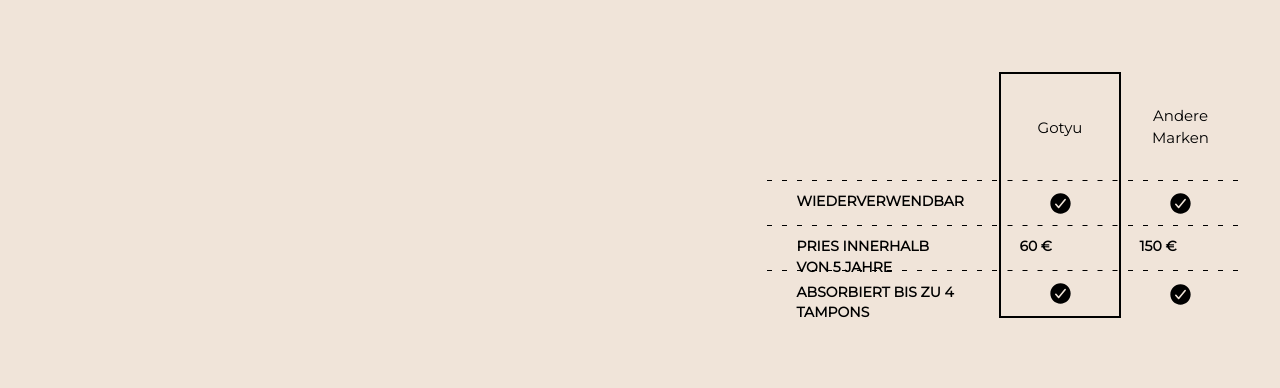
Repository: darlino/gotyu_shopify_section
Page: gotyu_table210223/index.html
These files come from the project's save history. The page is drawn as it stood at one moment and after the next save; the edit follows.
The browser window is 1280 px wide. The pictures show the whole page.

Above is the page before, as saved 2023-02-21 16:17:12.

### gotyu_table210223/index.html
<!DOCTYPE html>
<html lang="en">
  <head>
    <meta charset="UTF-8" />
    <meta http-equiv="X-UA-Compatible" content="IE=edge" />
    <meta name="viewport" content="width=device-width, initial-scale=1.0" />
    <title>Document</title>
    <link rel="stylesheet" href="style.css" />
    <link rel="preconnect" href="https://fonts.googleapis.com" />
    <link rel="preconnect" href="https://fonts.gstatic.com" crossorigin />
    <link
      href="https://fonts.googleapis.com/css2?family=Montserrat&display=swap"
      rel="stylesheet"
    />
  </head>
  <body>
    <section id="table210223">
      <div class="container">
        <table>
          <colgroup></colgroup>
          <colgroup></colgroup>
          <colgroup></colgroup>

          <thead>
            <tr>
              <th>&nbsp;</th>
              <th>
                <h2>Gotyu</h2>
              </th>
              <th>
                <h2>Andere Marken</h2>
              </th>
            </tr>
          </thead>

          <tbody>
            <tr>
              <td>
                <div class="text-wrapper">WIEDERVERWENDBAR</div>
              </td>
              <td>
                <div class="icon-wrapper">
                  <svg
                    xmlns="http://www.w3.org/2000/svg"
                    class="ionicon"
                    viewBox="0 0 512 512"
                  >
                    <title>Checkmark Circle</title>
                    <path
                      d="M256 48C141.31 48 48 141.31 48 256s93.31 208 208 208 208-93.31 208-208S370.69 48 256 48zm108.25 138.29l-134.4 160a16 16 0 01-12 5.71h-.27a16 16 0 01-11.89-5.3l-57.6-64a16 16 0 1123.78-21.4l45.29 50.32 122.59-145.91a16 16 0 0124.5 20.58z"
                    />
                  </svg>
                </div>
              </td>
              <td>
                <div class="icon-wrapper">
                  <svg
                    xmlns="http://www.w3.org/2000/svg"
                    class="ionicon"
                    viewBox="0 0 512 512"
                  >
                    <title>Checkmark Circle</title>
                    <path
                      d="M256 48C141.31 48 48 141.31 48 256s93.31 208 208 208 208-93.31 208-208S370.69 48 256 48zm108.25 138.29l-134.4 160a16 16 0 01-12 5.71h-.27a16 16 0 01-11.89-5.3l-57.6-64a16 16 0 1123.78-21.4l45.29 50.32 122.59-145.91a16 16 0 0124.5 20.58z"
                    />
                  </svg>
                </div>
              </td>
            </tr>
            <tr>
              <td>
                <div class="text-wrapper">PRIES INNERHALB VON 5 JAHRE</div>
              </td>
              <td>
                <div class="text-wrapper num">60 &euro;</div>
              </td>
              <td>
                <div class="text-wrapper num">150 &euro;</div>
              </td>
            </tr>
            <tr>
              <td>
                <div class="text-wrapper">ABSORBIERT BIS ZU 4 TAMPONS</div>
              </td>
              <td>
                <div class="icon-wrapper">
                  <svg
                    xmlns="http://www.w3.org/2000/svg"
                    class="ionicon"
                    viewBox="0 0 512 512"
                  >
                    <title>Checkmark Circle</title>
                    <path
                      d="M256 48C141.31 48 48 141.31 48 256s93.31 208 208 208 208-93.31 208-208S370.69 48 256 48zm108.25 138.29l-134.4 160a16 16 0 01-12 5.71h-.27a16 16 0 01-11.89-5.3l-57.6-64a16 16 0 1123.78-21.4l45.29 50.32 122.59-145.91a16 16 0 0124.5 20.58z"
                    />
                  </svg>
                </div>
              </td>
              <td>
                <div class="icon-wrapper">
                  <svg
                    xmlns="http://www.w3.org/2000/svg"
                    class="ionicon"
                    viewBox="0 0 512 512"
                  >
                    <title>Checkmark Circle</title>
                    <path
                      d="M256 48C141.31 48 48 141.31 48 256s93.31 208 208 208 208-93.31 208-208S370.69 48 256 48zm108.25 138.29l-134.4 160a16 16 0 01-12 5.71h-.27a16 16 0 01-11.89-5.3l-57.6-64a16 16 0 1123.78-21.4l45.29 50.32 122.59-145.91a16 16 0 0124.5 20.58z"
                    />
                  </svg>
                </div>
              </td>
            </tr>
          </tbody>
        </table>
      </div>
    </section>
  </body>
</html>

### gotyu_table210223/style.css
body {
  background: #f0e4d9;
  font-family: "Montserrat", sans-serif;
  color: #000;
  text-align: center;
  padding: 4em 2em;
}
#table210223 {
  width: 100%;
  height: auto;
}

#table210223 .container {
  max-width: 1300px;
  display: flex;
  float: right;
  width: 40%;
}
table {
  width: 100%;
  text-align: left;
  border-spacing: 0;
  border-collapse: collapse;
  -webkit-box-sizing: border-box;
  -moz-box-sizing: border-box;
  box-sizing: border-box;
  border: none;
}

th,
td {
  font-family: inherit;
  font-size: 0.875em;
  line-height: 1.45;
  color: #000;
  vertical-align: middle;
}
th {
  font-weight: 600;
}

colgroup:nth-child(1) {
  width: 50%;
  border: 0 none;
}
colgroup:nth-child(3) {
  width: 25%;
}
colgroup:nth-child(2) {
  width: 25%;
  border: 2px solid #000;
  border-radius: 50%;
}

/* Tablehead */

thead th {
  text-align: center;
  position: relative;
  background-image: linear-gradient(
    to right,
    black 33%,
    rgba(255, 255, 255, 0) 0%
  );
  background-position: bottom;
  background-size: 15px 1.2px;
  background-repeat: repeat-x;
  padding: 10px 0px 10px;
  color: #999;
}
thead th:nth-child(1) {
  background-image: linear-gradient(
    to right,
    black 33%,
    rgba(255, 255, 255, 0) 0%
  );
  background-position: bottom;
  background-size: 15px 1.2px;
  background-repeat: repeat-x;
}
thead th h2 {
  font-weight: 300;
  font-size: 15px;
  color: #000;
  padding: 10px 20px 10px 20px;
}
thead th h2 + p {
  font-size: 15px;
}

/* Tablebody */

tbody th span {
  text-align: center;
  font-weight: bold;

  margin: auto;
}
tbody td {
  background-image: linear-gradient(
    to right,
    black 33%,
    rgba(255, 255, 255, 0) 0%
  );
  background-position: bottom;
  background-size: 15px 1.2px;
  background-repeat: repeat-x;
}

tbody td .icon-wrapper {
  text-align: center;
  width: 25px;
  height: 25px;
  margin: auto;
  padding: 9px;
}
tbody td .text-wrapper {
  text-align: left;
  width: 70%;
  height: 25px;
  margin: auto;
  font-weight: bold;
  padding: 9px;
}
tbody td .text-wrapper .num {
  text-align: center;
}

tbody tr:last-child td {
  border-bottom: 0 none;
  background-image: linear-gradient(to right, transparent 33%, transparent 0%);
  background-position: bottom;
  background-size: 15px 1.2px;
  background-repeat: repeat-x;
}

/* Tablefooter */

After the next save:
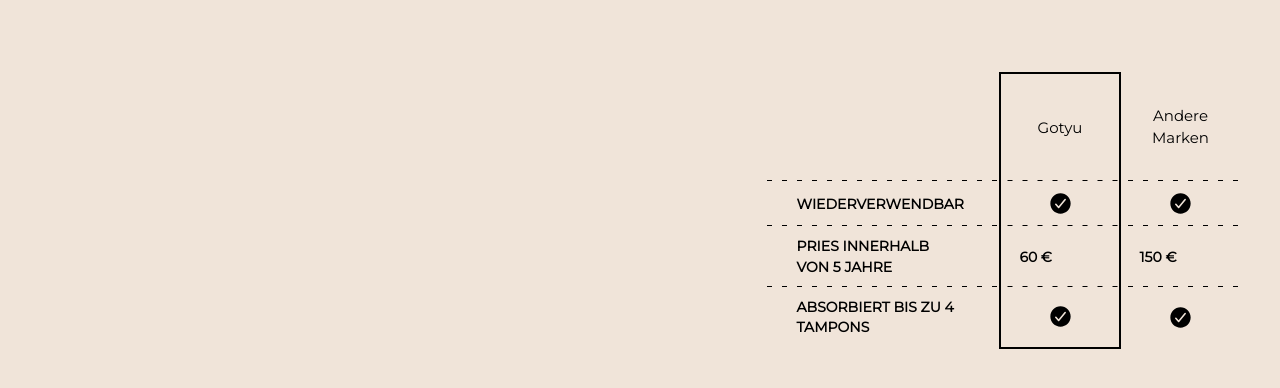
Saved 15 s later.
--- a/gotyu_table210223/style.css
+++ b/gotyu_table210223/style.css
@@ -117,7 +117,7 @@ tbody td .icon-wrapper {
 tbody td .text-wrapper {
   text-align: left;
   width: 70%;
-  height: 25px;
+  height: auto;
   margin: auto;
   font-weight: bold;
   padding: 9px;
